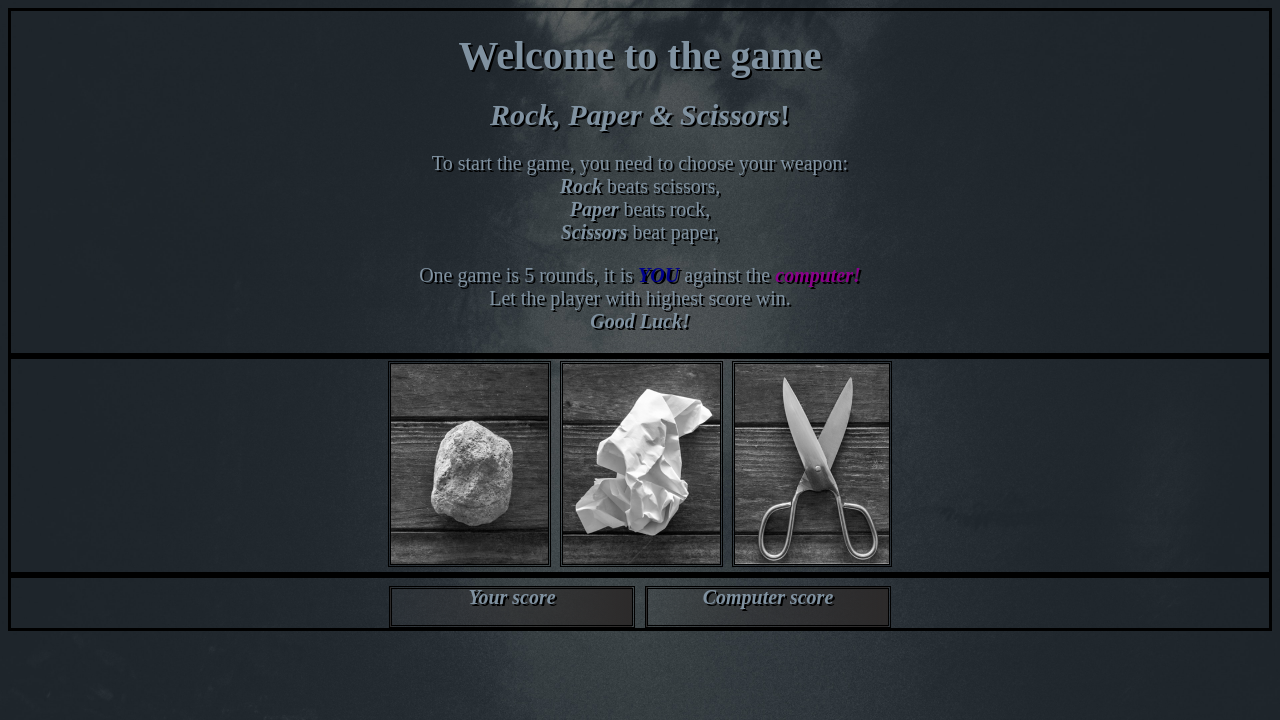
Repository: agneta1991/rock-paper-scissors
Page: Desktop/coding/index.html
An editor plug-in stored every save of this project. The page is shown before and after the next save, followed by the edit.
The browser window is 1280 px wide. The pictures show the whole page.

Above is the page before, as saved 2023-03-03 11:35:18.

### Desktop/coding/index.html
<!DOCTYPE html>
<html lang="en">
<head>
    <meta charset="UTF-8">
    <title>Rock Paper Scissors</title>
    <link rel="styleSheet" href='styles.css'>
</head>
<body>
    <script src="javascript.js" defer></script>
    <div class="container1">
        <div class="title">
            <h1>Welcome to the game </h1>
            <h2><span>Rock, Paper & Scissors</span>!</h2>
            <p>To start the game, you need to choose your weapon:<br>
            <span>Rock</span> beats scissors, <br>
            <span>Paper</span> beats rock, <br>
            <span>Scissors</span> beat paper,</p>
            <p>One game is 5 rounds, it is <span style="color: darkblue">YOU</span> against the <span style="color: darkmagenta">computer!</span><br>
            Let the player with highest score win.<br>
        <span>Good Luck!</span></p>
        </div>
    </div>
    <div class ="container2">
        <div class="options">
            <button class="rock"> <img src='images/rock.png'></button>
            <button class="paper"><img src='images/paper.png'></button>
            <button class="scissors"><img src='images/scissors.png'></button>
        </div>
    </div>
    <div class="container3">
        <div id="playerChoice"></div><div id="computerChoice"></div>
        <div class="score">
            <div class="playerScore"><span>Your score<span></span>
            <p class="displayedPlayerScore"></p></div>
            <div class="computerScore"><span>Computer score<span></span>
            <p class="displayedComputerScore"></p></div></div>
        </div>
    </div>
</body>
</html>

### Desktop/coding/styles.css
body{
    background-image: url('images/background.jpg');
    background-size:100%;
}
h1, h2{
    line-height: 90%;
}

.container1, .container2, .container3{
    border: solid black;
    color: rgb(128, 146, 161);
    text-shadow: 2px 2px black;
    font-size: 20px;
}
span{
    font-weight: bold;
    font-style: italic;
}
.container1{
    display: flex;
    justify-content: center;
    text-align: center;
}


img{
    width: auto ;
    height: 200px ;
    border-style: double;
}

.container2 {
    display: flex;
    justify-content: center;
    gap: 8px;
}
button{
    background-color: transparent;
    padding: 0%;
    border-color: transparent;
}


img {
    -webkit-filter:
    grayscale(100%);
    filter:grayscale(100%);
    -webkit-transition: .2s
    ease-in-out;
    transition: .2s ease-in-out;

}

img:hover {
    -webkit-filter:grayscale(0);
    filter:grayscale(0);

}

.playerScore, .computerScore {
    line-height: 80%;
    border: black;
    width: 240px;
    border-style: double;
    background-image: linear-gradient(to right, rgba(156, 146, 146, 0.055),rgb(44, 42, 42) );
}

.score{
    display: flex;
    justify-content: center;
    text-align: center;
    gap: 10px;

}

#playerChoice, #computerChoice{
    display: flex;
    justify-content: center;
    text-align: center;
    padding: 2px;
    font-size: 25px;
    display: flex;
    justify-content: center;
    text-align: center;
}

### Desktop/coding/javascript.js
const choice = ['rock', 'paper', 'scissors'];
function getComputerChoice(){
    let randomChoice = choice[Math.floor(Math.random()*choice.length)];
    document.getElementById('computerChoice').innerHTML = randomChoice;
}


function round(){

let btn = document.querySelectorAll('button');
btn.forEach((individualBtn)=>{
    individualBtn.addEventListener('click', function getPlayersChoice(){
        let playerChoice = individualBtn.className;
        document.getElementById('playerChoice').innerHTML = playerChoice + ' against ';

        switch(playerChoice){
            case 'rock': addColor() && rmColor('paper','scissors');
            break;
            case 'paper': addColor() && rmColor('rock', 'scissors');
            break;
            case 'scissors': addColor() && rmColor('paper', 'rock');
        }


        function addColor(){
            individualBtn.style.border = 'solid darkblue';
        };

        function rmColor(playersChoice){
            individualBtn.style.border = 'none';
        }

        getComputerChoice();

    });
});
}

round();

After the next save:
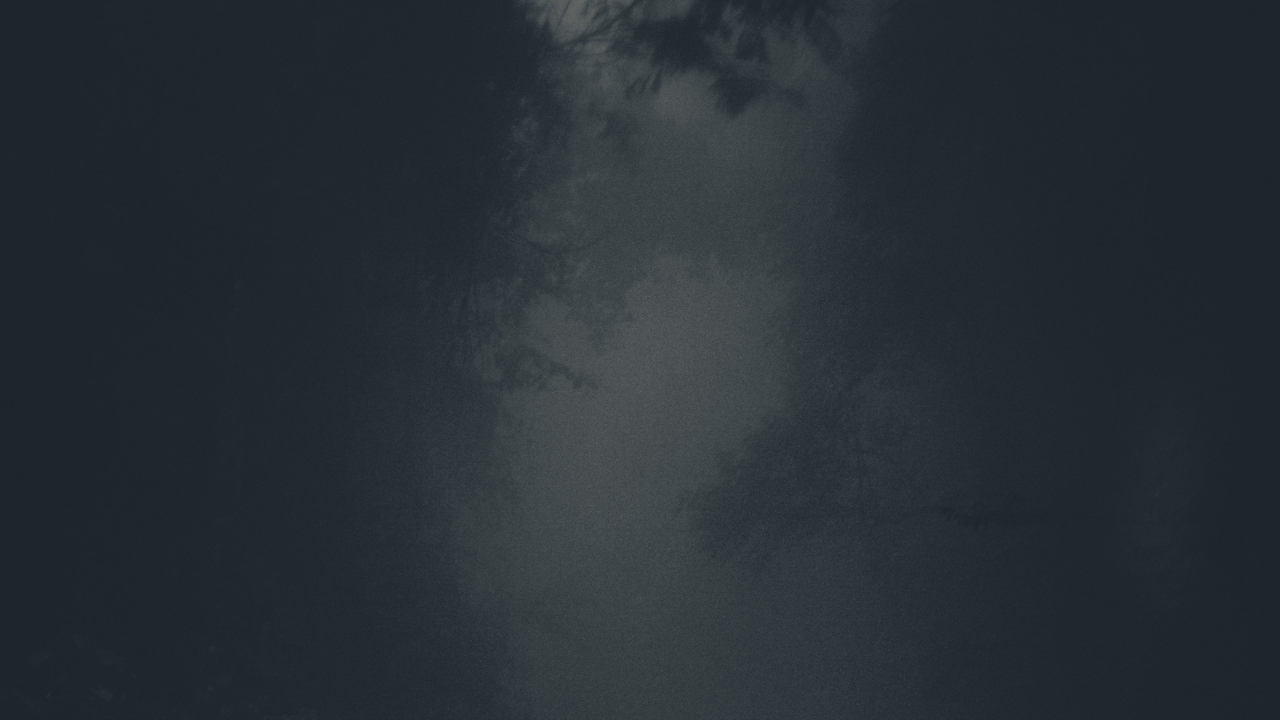
Saved 98 s later.
--- a/Desktop/coding/index.html
+++ b/Desktop/coding/index.html
@@ -7,34 +7,6 @@
 </head>
 <body>
     <script src="javascript.js" defer></script>
-    <div class="container1">
-        <div class="title">
-            <h1>Welcome to the game </h1>
-            <h2><span>Rock, Paper & Scissors</span>!</h2>
-            <p>To start the game, you need to choose your weapon:<br>
-            <span>Rock</span> beats scissors, <br>
-            <span>Paper</span> beats rock, <br>
-            <span>Scissors</span> beat paper,</p>
-            <p>One game is 5 rounds, it is <span style="color: darkblue">YOU</span> against the <span style="color: darkmagenta">computer!</span><br>
-            Let the player with highest score win.<br>
-        <span>Good Luck!</span></p>
-        </div>
-    </div>
-    <div class ="container2">
-        <div class="options">
-            <button class="rock"> <img src='images/rock.png'></button>
-            <button class="paper"><img src='images/paper.png'></button>
-            <button class="scissors"><img src='images/scissors.png'></button>
-        </div>
-    </div>
-    <div class="container3">
-        <div id="playerChoice"></div><div id="computerChoice"></div>
-        <div class="score">
-            <div class="playerScore"><span>Your score<span></span>
-            <p class="displayedPlayerScore"></p></div>
-            <div class="computerScore"><span>Computer score<span></span>
-            <p class="displayedComputerScore"></p></div></div>
-        </div>
-    </div>
+
 </body>
 </html>

After the save that followed:
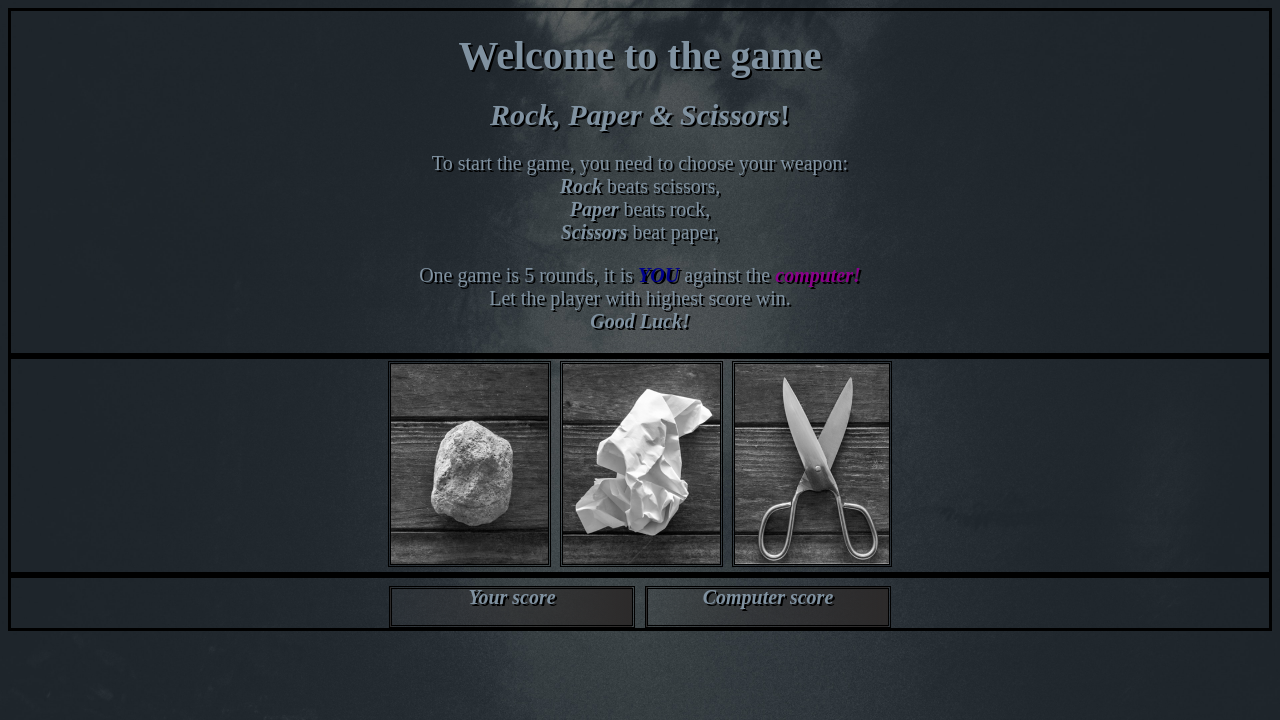
Saved 57 s later.
--- a/Desktop/coding/index.html
+++ b/Desktop/coding/index.html
@@ -7,6 +7,34 @@
 </head>
 <body>
     <script src="javascript.js" defer></script>
-
+    <div class="container1">
+        <div class="title">
+            <h1>Welcome to the game </h1>
+            <h2><span>Rock, Paper & Scissors</span>!</h2>
+            <p>To start the game, you need to choose your weapon:<br>
+            <span>Rock</span> beats scissors, <br>
+            <span>Paper</span> beats rock, <br>
+            <span>Scissors</span> beat paper,</p>
+            <p>One game is 5 rounds, it is <span style="color: darkblue">YOU</span> against the <span style="color: darkmagenta">computer!</span><br>
+            Let the player with highest score win.<br>
+        <span>Good Luck!</span></p>
+        </div>
+    </div>
+    <div class ="container2">
+        <div class="options">
+            <button class="rock"> <img src='images/rock.png'></button>
+            <button class="paper"><img src='images/paper.png'></button>
+            <button class="scissors"><img src='images/scissors.png'></button>
+        </div>
+    </div>
+    <div class="container3">
+        <div id="playerChoice"></div><div id="computerChoice"></div>
+        <div class="score">
+            <div class="playerScore"><span>Your score<span></span>
+            <p class="displayedPlayerScore"></p></div>
+            <div class="computerScore"><span>Computer score<span></span>
+            <p class="displayedComputerScore"></p></div></div>
+        </div>
+    </div>
 </body>
 </html>
